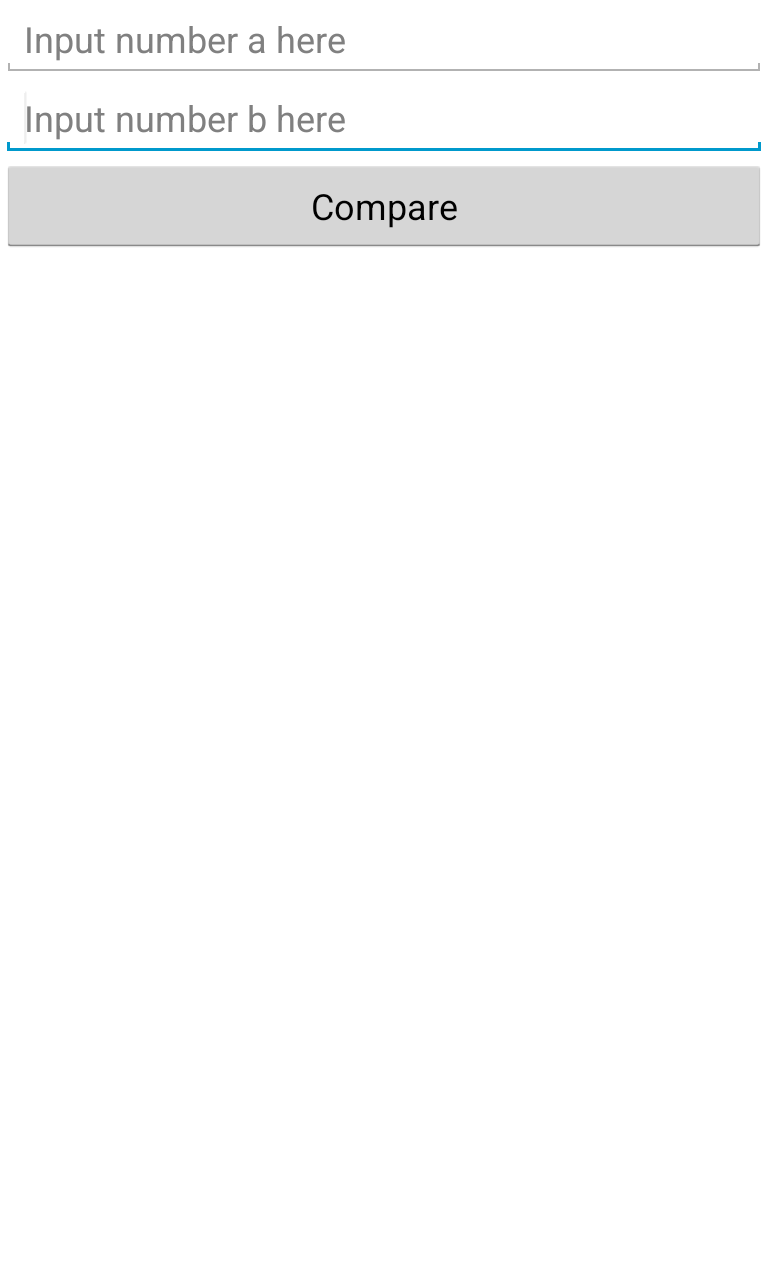
Repository: LightWay152/Lesson2_If_Switch
Layout: Min2Number/res/layout/activity_main.xml
An editor plug-in stored every save of this project. The layout is shown before and after the next save, followed by the edit.
It is drawn on a 768 x 1280 px phone screen (xhdpi) without system bars, with theme AppTheme; the app's code is not run.

Above is the layout before, as saved 2017-01-01 13:38:20.

After the next save:
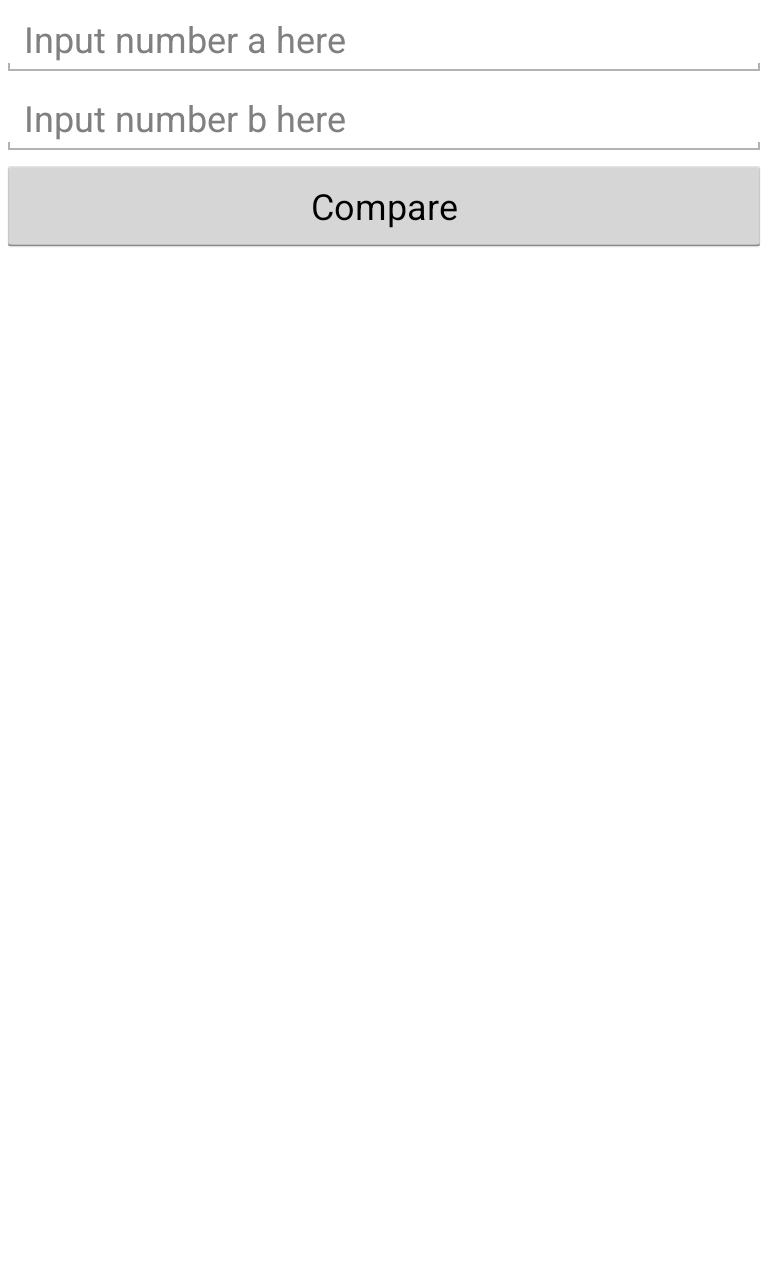
Saved 45 s later.
--- a/Min2Number/res/layout/activity_main.xml
+++ b/Min2Number/res/layout/activity_main.xml
@@ -9,18 +9,12 @@
         android:id="@+id/edtNumberA"
         android:layout_width="match_parent"
         android:layout_height="wrap_content"
-        android:hint="@string/input_number_a"
-        android:ems="10"
-        android:inputType="number" ><requestFocus/>
-    </EditText>
+        android:hint="@string/input_number_a"/>
     <EditText
         android:id="@+id/edtNumberB"
         android:layout_width="match_parent"
         android:layout_height="wrap_content"
-        android:hint="@string/input_number_b"
-        android:ems="10"
-        android:inputType="float" ><requestFocus/>
-    </EditText>
+        android:hint="@string/input_number_b"/>
     <Button
         android:id="@+id/btnCompare"
         android:layout_width="match_parent"
